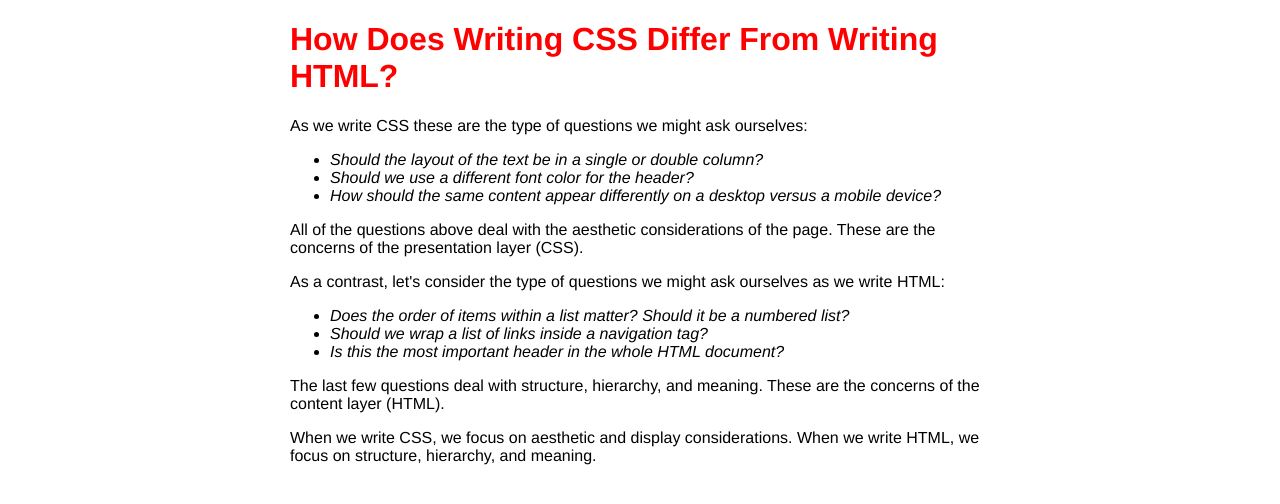
Repository: NthigaDenis/example-repository
Page: phase-0-css-intro-lab/index.html
The author's editor kept a copy of each file at every save. The page is drawn from the files as they stood at one save, then again after the next save.
The browser window is 1280 px wide. The pictures show the whole page.

Above is the page before, as saved 2022-08-02 08:20:39.

After the next save:
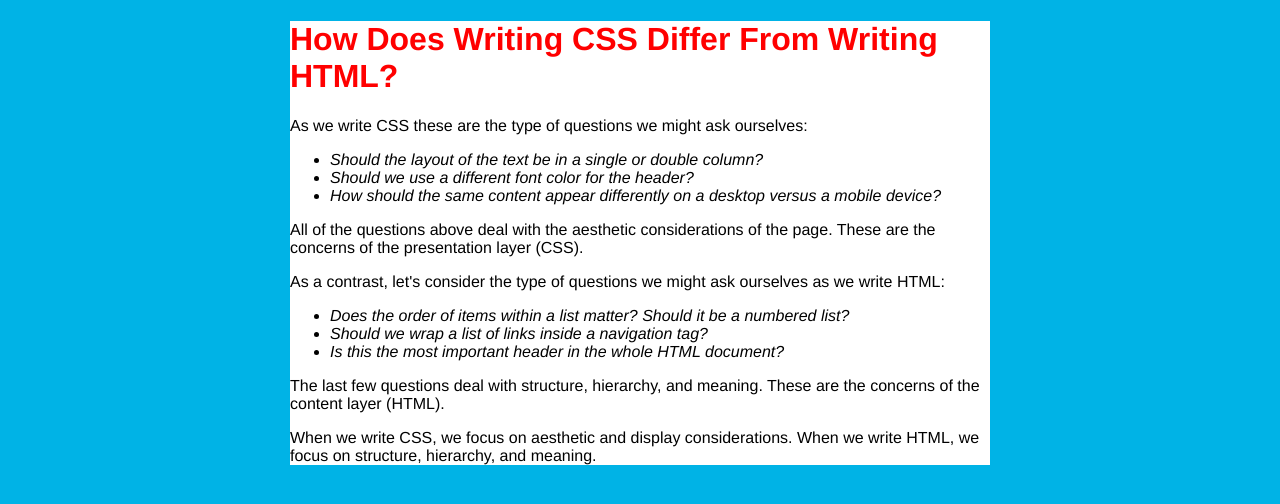
Saved 114 s later.
--- a/phase-0-css-intro-lab/style.css
+++ b/phase-0-css-intro-lab/style.css
@@ -1,7 +1,7 @@
 /* Tag selector to select the 'body' element */
 body {
 
-  colour: #00b3e6;
+  background: #00b3e6;
 }
 
 /* Your code here! */
